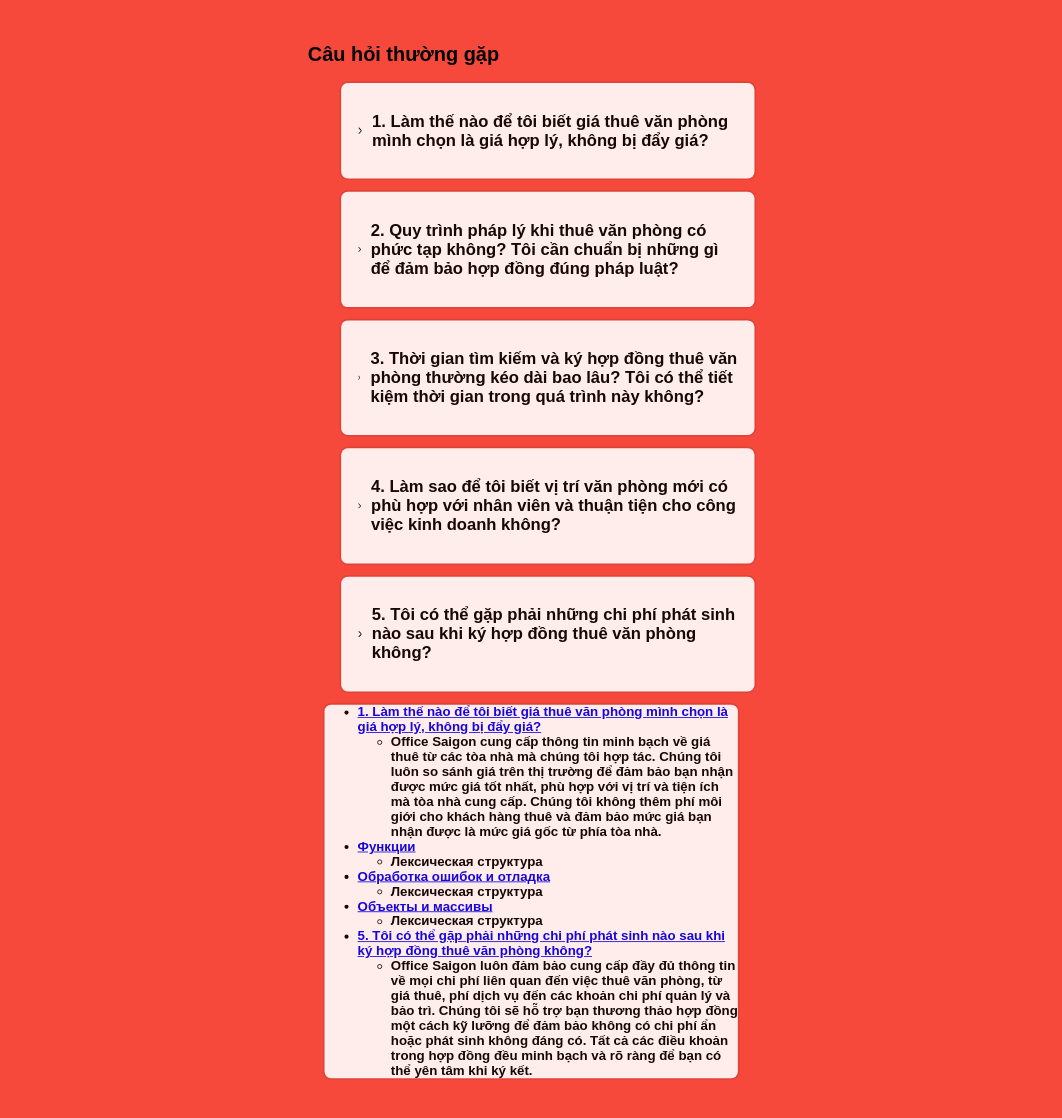
Repository: lannguyen1301/html-office-saigon
Page: accordion.html
An editor plug-in stored every save of this project. The page is shown before and after the next save, followed by the edit.
The browser window is 1280 px wide. The pictures show the whole page, at 83% of full size.

Above is the page before, as saved 2025-02-12 23:20:17.

### accordion.html
<!DOCTYPE html>
<html lang="en">

<head>
    <meta charset="UTF-8">
    <meta name="viewport" content="width=device-width, initial-scale=1.0">
    <title>ACCODION</title>
    <link rel="stylesheet" href="accordion.css">
</head>

<body>
    <main>
        <h2>Câu hỏi thường gặp</h2>
        <ol class="accodion-list">
            <li class="accordion" id="howto">
                <h3 class="title">
                    <a href="#howto">
                        1. Làm thế nào để tôi biết giá thuê văn phòng mình chọn là giá hợp lý, không bị
                        đẩy giá?</a>
                </h3>
                <div class="content">
                    <div class="wrapper">
                        <p>
                            Office Saigon cung cấp thông tin minh bạch về giá thuê từ các tòa nhà mà chúng tôi hợp tác.
                            Chúng tôi luôn so sánh giá trên thị trường để đảm bảo bạn nhận được mức giá tốt nhất, phù
                            hợp với vị trí và tiện ích mà tòa nhà cung cấp. Chúng tôi không thêm phí môi giới cho khách
                            hàng thuê và đảm bảo mức giá bạn nhận được là mức giá gốc từ phía tòa nhà.
                        </p>
                    </div>
                </div>
            </li>

            <li class="accordion" id="legalprocess">
                <h3 class="title">
                    <a href="#legalprocess">
                        2. Quy trình pháp lý khi thuê văn phòng có phức tạp không? Tôi cần chuẩn
                        bị những gì để đảm bảo hợp đồng đúng pháp luật?</a>
                </h3>
                <div class="content">
                    <div class="wrapper">
                        <p>
                            Quy trình pháp lý khi thuê văn phòng có thể phức tạp, nhưng bạn hoàn toàn không phải lo lắng
                            khi sử dụng dịch vụ của Office Saigon. Chúng tôi sẽ hỗ trợ bạn từ khâu thương thảo hợp đồng,
                            đàm phán các điều khoản đến việc hoàn tất thủ tục pháp lý. Đội ngũ pháp lý chuyên nghiệp của
                            chúng tôi sẽ đảm bảo mọi chi tiết trong hợp đồng đều rõ ràng, minh bạch và tuân thủ đúng quy
                            định của pháp luật.
                        </p>

                    </div>
                </div>
            </li>

            <li class="accordion" id="searchtime">
                <h3 class="title">
                    <a href="#searchtime">
                        3. Thời gian tìm kiếm và ký hợp đồng thuê văn phòng thường kéo dài bao lâu? Tôi có thể tiết kiệm
                        thời gian trong quá trình này không?
                    </a>
                </h3>
                <div class="content">
                    <div class="wrapper">
                        <p>
                            Với dịch vụ của Office Saigon, quá trình tìm kiếm và ký hợp đồng thuê văn phòng thường chỉ
                            kéo dài từ 1-2 tuần, tùy thuộc vào yêu cầu cụ thể của bạn. Chúng tôi cung cấp danh sách các
                            tòa nhà phù hợp trong thời gian ngắn, giúp bạn tiết kiệm đáng kể thời gian và công sức so
                            với việc tự tìm kiếm. Quy trình của chúng tôi được tối ưu để bạn có thể nhanh chóng chọn
                            được văn phòng và ký kết hợp đồng mà không phải lo lắng về bất kỳ chi tiết nào.
                        </p>
                    </div>
                </div>
            </li>

            <li class="accordion" id="whyknow">
                <h3 class="title">
                    <a href="#whyknow">
                        4. Làm sao để tôi biết vị trí văn phòng mới có phù hợp với nhân viên và thuận tiện cho công việc
                        kinh doanh không?
                    </a>
                </h3>
                <div class="content">
                    <div class="wrapper">
                        <p>
                            Office Saigon luôn tư vấn kỹ lưỡng về vị trí văn phòng dựa trên yêu cầu của bạn và phân tích
                            các yếu tố như giao thông, tiện ích xung quanh, và sự thuận tiện cho nhân viên. Chúng tôi
                            hiểu rằng một vị trí văn phòng thuận tiện sẽ giúp tăng hiệu suất làm việc của nhân viên và
                            thuận lợi cho việc kinh doanh của bạn. Dựa vào mạng lưới hơn 2230 tòa nhà tại TP.HCM, chúng
                            tôi sẽ giúp bạn chọn được văn phòng ở vị trí chiến lược, tối ưu nhất cho doanh nghiệp của
                            bạn.
                        </p>
                    </div>
                </div>
            </li>
            <li class="accordion" id="costsincurred">
                <h3 class="title">
                    <a href="#costsincurred">
                        5. Tôi có thể gặp phải những chi phí phát sinh nào sau khi ký hợp đồng thuê văn phòng không?
                    </a>
                </h3>
                <div class="content">
                    <div class="wrapper">
                        <p>
                            Office Saigon luôn đảm bảo cung cấp đầy đủ thông tin về mọi chi phí liên quan đến việc thuê
                            văn phòng, từ giá thuê, phí dịch vụ đến các khoản chi phí quản lý và bảo trì. Chúng tôi sẽ
                            hỗ trợ bạn thương thảo hợp đồng một cách kỹ lưỡng để đảm bảo không có chi phí ẩn hoặc phát
                            sinh không đáng có. Tất cả các điều khoản trong hợp đồng đều minh bạch và rõ ràng để bạn có
                            thể yên tâm khi ký kết.
                        </p>
                    </div>
                </div>
            </li>
        </ol>
    </main>
</body>

</html>

<nav class="navigation">
    <!-- <header class="navigation__logo">
        <img src="https://s27.postimg.org/p5shqemzn/logo.png" alt="Navigation's logo" width="216" height="39">
    </header> -->
    <article>
        <ul class="accordion">
            <li class="accordion__item">
                <a href="#" class="accordion__link accordion__link_active">
                    1. Làm thế nào để tôi biết giá thuê văn phòng mình chọn là giá hợp lý, không bị
                    đẩy giá?
                </a>
                <ul class="sub-accordion">
                    <li class="sub-accordion__item">Office Saigon cung cấp thông tin minh bạch về giá thuê từ các tòa
                        nhà mà chúng tôi hợp tác.
                        Chúng tôi luôn so sánh giá trên thị trường để đảm bảo bạn nhận được mức giá tốt nhất, phù
                        hợp với vị trí và tiện ích mà tòa nhà cung cấp. Chúng tôi không thêm phí môi giới cho khách
                        hàng thuê và đảm bảo mức giá bạn nhận được là mức giá gốc từ phía tòa nhà.</li>
                    <!-- <li class="sub-accordion__item">Типы данных, значения и переменные</li> -->
                    <!-- <li class="sub-accordion__item">Выражения и операторы инструкции</li> -->
                </ul>
            </li>
            <li class="accordion__item">
                <a href="#" class="accordion__link">Функции</a>
                <ul class="sub-accordion">
                    <li class="sub-accordion__item">Лексическая структура</li>
                    <!-- <li class="sub-accordion__item">Типы данных, значения и переменные</li> -->
                    <!-- <li class="sub-accordion__item">Выражения и операторы инструкции</li> -->
                </ul>
            </li>
            <li class="accordion__item">
                <a href="#" class="accordion__link">Обработка ошибок и отладка</a>
                <ul class="sub-accordion">
                    <li class="sub-accordion__item">Лексическая структура</li>
                    <!-- <li class="sub-accordion__item">Типы данных, значения и переменные</li> -->
                    <!-- <li class="sub-accordion__item">Выражения и операторы инструкции</li> -->
                </ul>
            </li>
            <li class="accordion__item">
                <a href="#" class="accordion__link">Объекты и массивы</a>
                <ul class="sub-accordion">
                    <li class="sub-accordion__item">Лексическая структура</li>
                    <!-- <li class="sub-accordion__item">Типы данных, значения и переменные</li> -->
                    <!-- <li class="sub-accordion__item">Выражения и операторы инструкции</li> -->
                </ul>
            </li>
            <li class="accordion__item">
                <a href="#" class="accordion__link">
                    5. Tôi có thể gặp phải những chi phí phát sinh nào sau khi ký hợp
                    đồng thuê văn phòng không?</a>
                <ul class="sub-accordion">
                    <li class="sub-accordion__item">Office Saigon luôn đảm bảo cung cấp đầy đủ thông tin về mọi chi phí
                        liên quan đến việc thuê
                        văn phòng, từ giá thuê, phí dịch vụ đến các khoản chi phí quản lý và bảo trì. Chúng tôi sẽ
                        hỗ trợ bạn thương thảo hợp đồng một cách kỹ lưỡng để đảm bảo không có chi phí ẩn hoặc phát
                        sinh không đáng có. Tất cả các điều khoản trong hợp đồng đều minh bạch và rõ ràng để bạn có
                        thể yên tâm khi ký kết.</li>
                    <!-- <li class="sub-accordion__item">Типы данных, значения и переменные</li> -->
                    <!-- <li class="sub-accordion__item">Выражения и операторы инструкции</li> -->
                </ul>
            </li>
        </ul>
    </article>
</nav>

### accordion.css
:root {
    --size-header: 2.25rem;
    --size-accordion-title: 1.25rem;
    --size-accordion-content: 1rem;
    --animation-speed: 100;
    --slide-ease: cubic-bezier(0.86, 0, 0.07, 1);
    --slide-duration: calc(400ms * 100 / var(--animation-speed));
    --slide-delay: calc(450ms * 100 / var(--animation-speed));
    --circle-duration: calc(900ms * 100 / var(--animation-speed));
}

*,
*::before,
*::after {
    position: relative;
    left: 0;
    top: 0;
    box-sizing: border-box;
}

a,
p,
h1 {
    margin: 0;
}

html {
    height: 100%;
}

body {
    background-color: hsl(4, 91%, 60%);
    font-family: Nunito, Arial, Helvetica, sans-serif;
    font-weight: 600;
    margin: 0;
    display: grid;
    place-items: center;
    padding: 2rem 2rem;
    min-height: 100%;
}

html,
body {
    scroll-behavior: smooth;
    scroll-padding-top: 1rem;
}

main > h1 {
    font-size: var(--size-header);
    margin-bottom: 1.25rem;
    color: #fff;
}

::selection {
    background-color: rgba(0, 0, 0, 0.4);
}

.accordion {
    --circle-x: 1.8rem;
    --circle-y: 0;
    --circle-r: 200%;
    --circle-bg: #fff;
    color: #000;

    background-color: var(--circle-bg);
    max-width: 56ch;
    margin-bottom: 1rem;
    border-radius: min(8px, 0.5rem);

    display: grid;
    grid-template-rows: 0fr 0fr;
    transition-timing-function: var(--slide-ease);
    transition-duration: 200ms, 200ms, var(--slide-duration);
    transition-property: opacity, box-shadow, grid-template-rows;
    transition-delay: 0ms, 0ms, var(--slide-delay);
    box-shadow: 0 0 0 2px rgba(0, 0, 0, 0.1);
    opacity: 0.9;
}

.accordion:not(:target):hover {
    box-shadow: 0 0 0 2px rgba(0, 0, 0, 0.5);
}

.accordion:not(:target):active {
    opacity: 1;
    box-shadow: 0 4px 7px 0 rgba(0, 0, 0, 0.3);
}

.accordion,
.content {
    overflow: hidden;
}

.accordion:target {
    --d: 90deg;
    grid-template-rows: 0fr 1fr;
    transition: grid-template-rows var(--slide-ease) var(--slide-duration)
        var(--slide-delay);
}

.wrapper {
    padding-block: 0 1.05rem;
    padding-inline: 1.25rem;
}

.content {
    font-size: var(--size-accordion-content);
    line-height: 140%;
}

.content p {
    margin-bottom: 1rem;
}

.content a {
    color: currentColor;
    font-weight: 800;
    text-decoration: underline;
}

main :last-child,
.content :last-child {
    margin-bottom: 0;
}

.title a {
    padding: 1rem 1.25rem;
    font-size: var(--size-accordion-title);
    font-weight: 800;
    color: currentColor;
    text-decoration: none;
    display: flex;
    flex-direction: row;
    place-items: center;
}

.title a::before {
    --chevron-icon: url("data:[embedded picture, 464 characters]");
    content: "";
    left: 0;
    top: 0;
    width: 0.65rem;
    aspect-ratio: 320 / 512;
    display: inline-block;
    margin-right: 0.75rem;
    transform: rotate(var(--d, 0deg));
    transition: transform var(--slide-ease) var(--slide-duration)
        var(--slide-delay);
    mask-image: var(--chevron-icon);
    mask-size: 100% 100%;
    -webkit-mask-image: var(--chevron-icon);
    -webkit-mask-size: 100% 100%;
    background-color: currentColor;
}

.accordion::before,
.accordion::after {
    content: "";
    position: absolute;
    width: 100%;
    height: 100%;
    background-color: var(--circle-bg);
    mix-blend-mode: difference;
    transform-style: preserve-3d;
    transition-timing-function: ease;
    transition-property: opacity, clip-path, visibility;
    pointer-events: none;
    clip-path: circle(var(--r) at var(--circle-x) var(--circle-y));
    border-radius: inherit;
    z-index: 4;
}

.accordion::before {
    --r: 0%;
    transition-delay: var(--circle-duration), var(--circle-duration), 0ms;
    transition-duration: 0ms, var(--circle-duration), 0ms;
    opacity: 0;
}

.accordion:target::before {
    --r: var(--circle-r);
    transition-delay: 0ms, 0ms, 0ms;
    transition-duration: 0ms, var(--circle-duration), 0ms;
    opacity: 1;
}

.accordion::after {
    --r: var(--circle-r);
    transition-delay: 0ms, 0ms, var(--circle-duration);
    transition-duration: 0ms, var(--circle-duration), 0ms;
    visibility: hidden;
    opacity: 1;
}

.accordion:target:after {
    --r: 0%;
    transition-delay: 0ms, 0ms, 0ms;
    transition-duration: 0ms, 0ms, 0ms;
    visibility: visible;
    opacity: 0;
}

.title a:focus-visible {
    background-color: hsl(0, 100%, 90%);
    outline: none;
}

.accordion:target .title a:focus-visible {
    background-color: hsl(183, 100%, 93%);
}

After the next save:
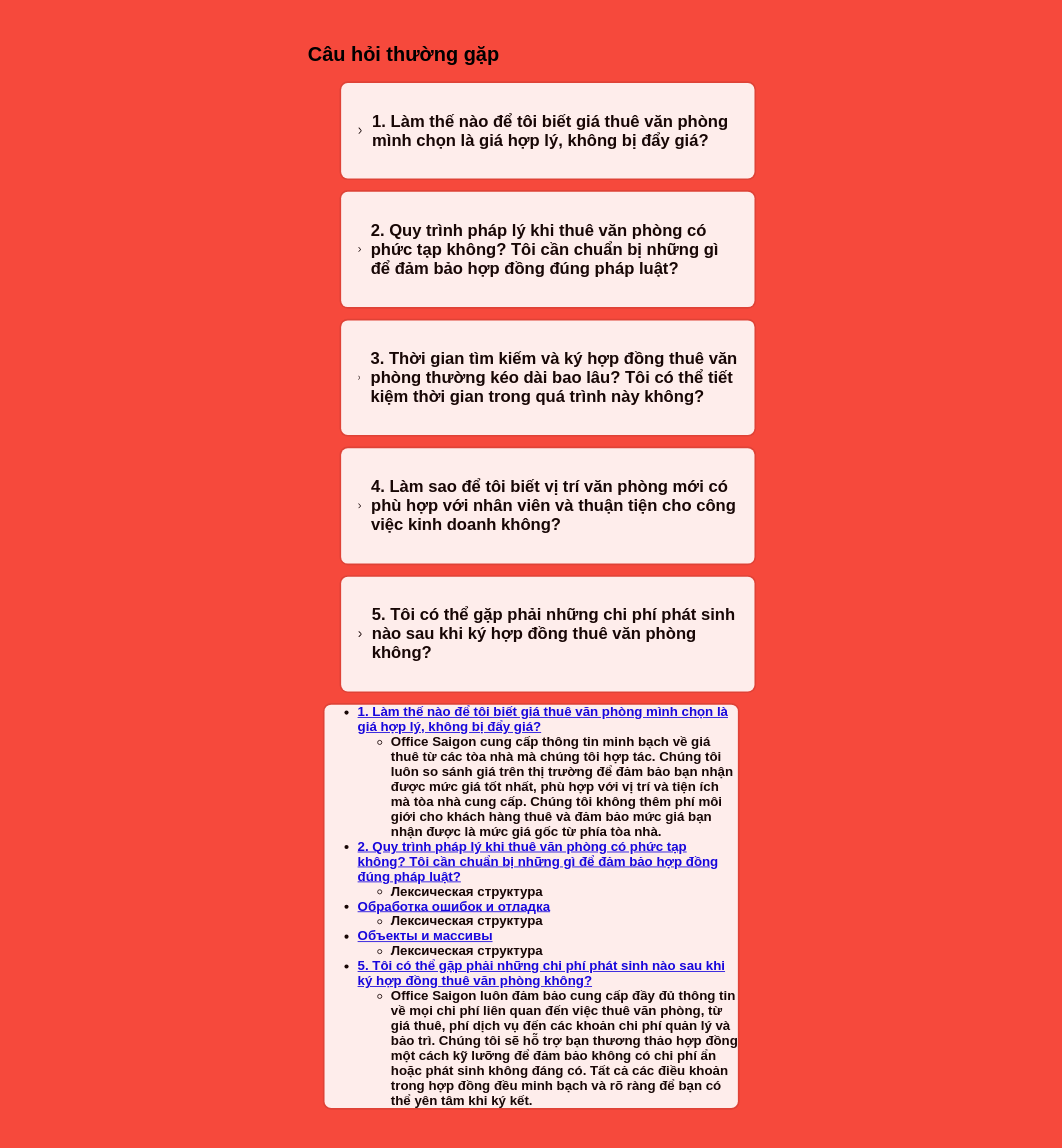
Saved 20 s later.
--- a/accordion.html
+++ b/accordion.html
@@ -136,7 +136,9 @@
                 </ul>
             </li>
             <li class="accordion__item">
-                <a href="#" class="accordion__link">Функции</a>
+                <a href="#" class="accordion__link">2. Quy trình pháp lý khi thuê văn phòng có phức tạp không? Tôi cần
+                    chuẩn
+                    bị những gì để đảm bảo hợp đồng đúng pháp luật?</a></a>
                 <ul class="sub-accordion">
                     <li class="sub-accordion__item">Лексическая структура</li>
                     <!-- <li class="sub-accordion__item">Типы данных, значения и переменные</li> -->
